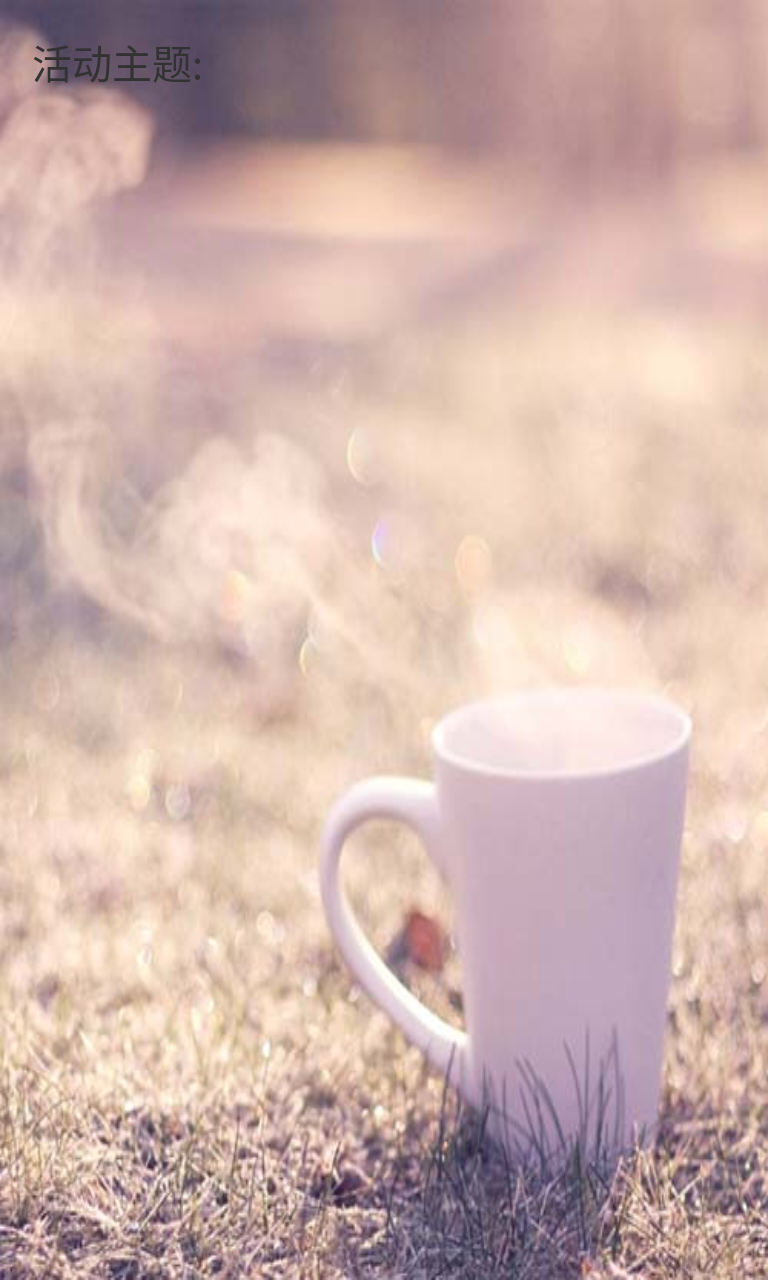
Repository: aojue/HappyAA
Layout: HappyAA/res/layout/two_activity.xml
An editor plug-in stored every save of this project. The layout is shown before and after the next save, followed by the edit.
It is drawn on a 768 x 1280 px phone screen (xhdpi) without system bars, with theme AppTheme; the app's code is not run.

Above is the layout before, as saved 2014-10-25 07:52:40.

After the next save:
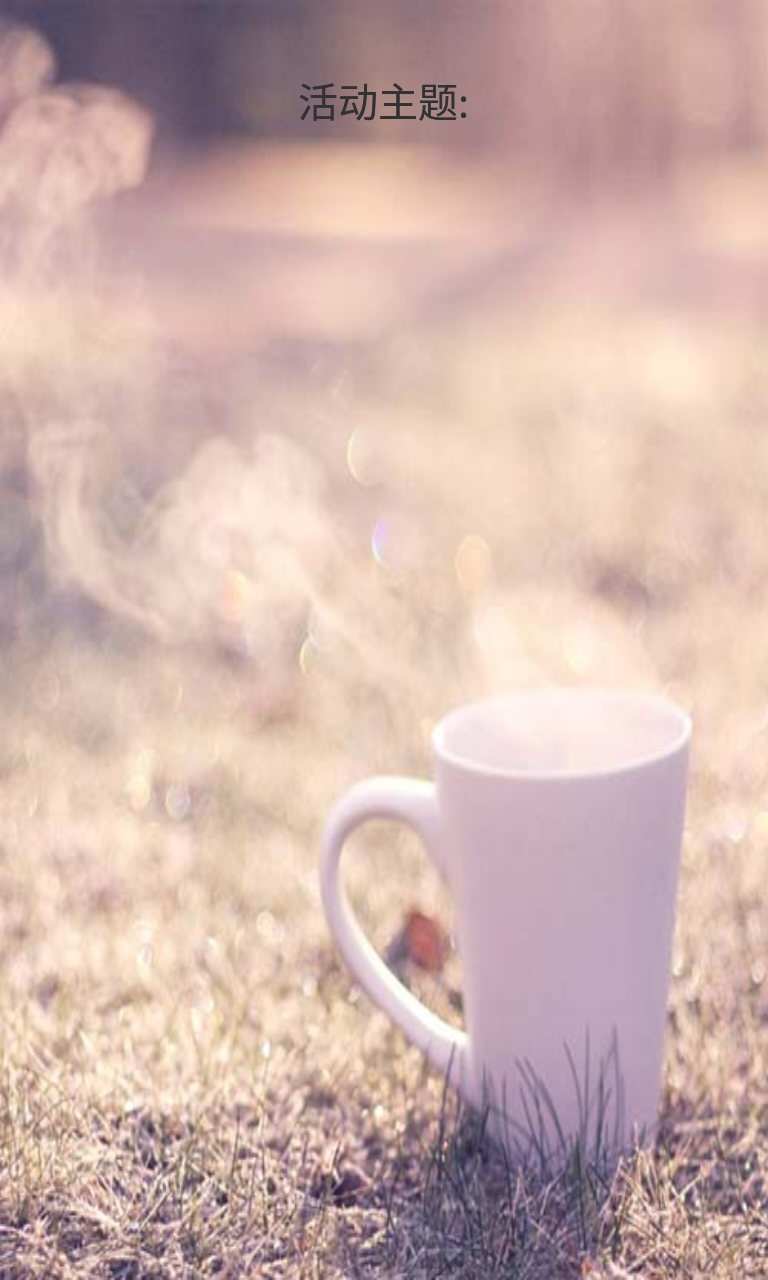
Saved 23 s later.
--- a/HappyAA/res/layout/two_activity.xml
+++ b/HappyAA/res/layout/two_activity.xml
@@ -10,16 +10,23 @@
     android:paddingTop="@dimen/activity_vertical_margin"
     tools:context=".TwoActivity" >
 
-
-
             <TextView
                 android:id="@+id/text1"
                 android:layout_width="wrap_content"
                 android:layout_height="wrap_content"
+                android:layout_alignParentTop="true"
+                android:layout_centerHorizontal="true"
+                android:layout_marginTop="19dp"
+                android:text="@string/textview1"
+                android:textSize="20sp" />
+             <TextView
+                android:id="@+id/text1"
+                android:layout_width="wrap_content"
+                android:layout_height="wrap_content"
+                android:layout_alignParentTop="true"
+                android:layout_centerHorizontal="true"
+                android:layout_marginTop="19dp"
                 android:text="@string/textview1"
                 android:textSize="20sp" />
 
-
-
-
 </RelativeLayout>
